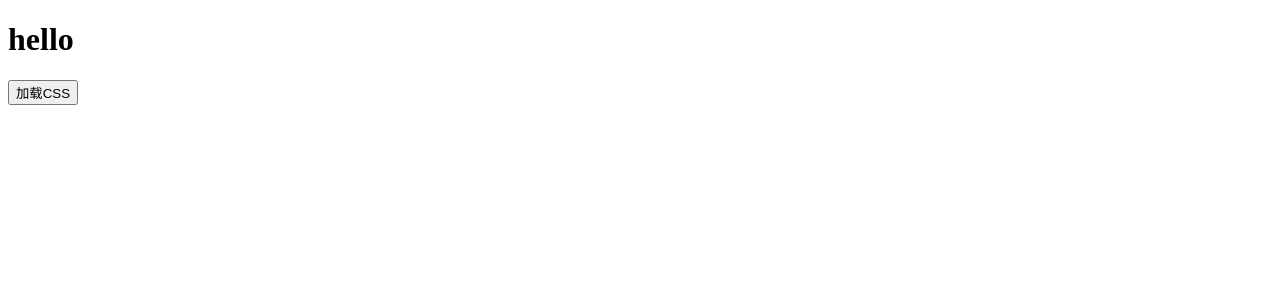
Repository: chenguocan/AJAX_1
Page: public/index.html
The author's editor kept a copy of each file at every save. The page is drawn from the files as they stood at one save, then again after the next save.
The browser window is 1280 px wide. The pictures show the whole page.

Above is the page before, as saved 2020-08-13 14:55:46.

### public/index.html
<!DOCTYPE html>
<html lang="en">

<head>
    <meta charset="UTF-8">
    <meta name="viewport" content="width=device-width, initial-scale=1.0">
    <title>Document</title>

</head>

<body>
    <h1> hello</h1>
    <button class="getCSS">加载CSS</button>
    <script src="main.js"></script>
</body>

</html>

### public/main.js
console.log("我是main.js");
const request = new XMLHttpRequest();
const getCSS = document.querySelector(".getCSS")
getCSS.onclick = () => {
    request.open("GET", "/style.css")
    request.onload = (() => {
        console.log("成功了")
        console.log(request.response);
        const style = document.createElement("style");
        style.innerHTML = request.response;
        document.head.appendChild(style);
    });
    request.onerror = (() => {
        console.log("失败了");
    });
    request.send();
}

After the next save:
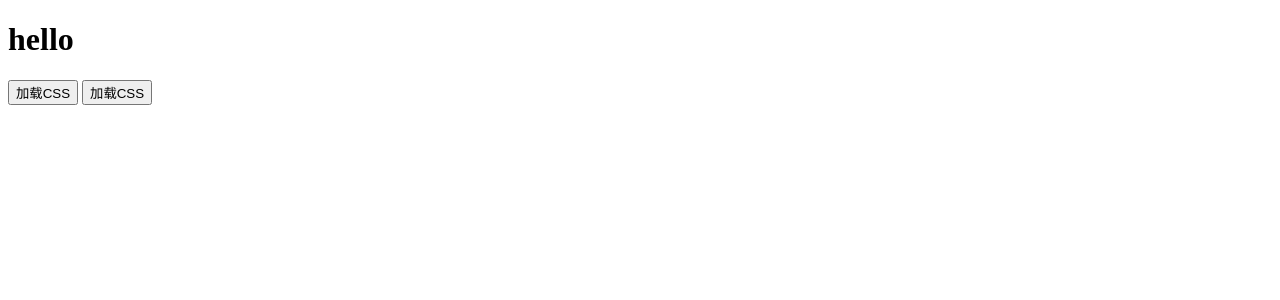
Saved 33 s later.
--- a/public/index.html
+++ b/public/index.html
@@ -11,6 +11,7 @@
 <body>
     <h1> hello</h1>
     <button class="getCSS">加载CSS</button>
+    <button class="getJS">加载CSS</button>
     <script src="main.js"></script>
 </body>
 
